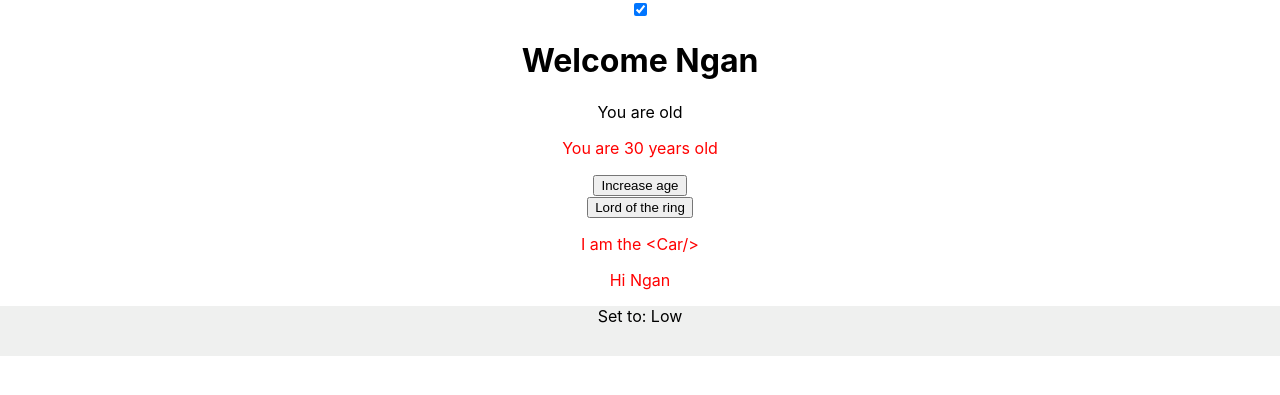
Repository: nguyenthibichngan/learn-react-redux
Page: /
An editor plug-in stored every save of this project. The page is shown before and after the next save, followed by the edit.
The browser window is 1280 px wide. The pictures show the whole page.
The project was rebuilt for these pictures with package versions that can differ from the ones it lists, and the page was loaded fresh each time. Also part of the build but not shown: src/component/DisplayDifficulty/DisplayDifficulty.js.

Above is the page before, as saved 2023-09-11 15:56:36.

After the next save:
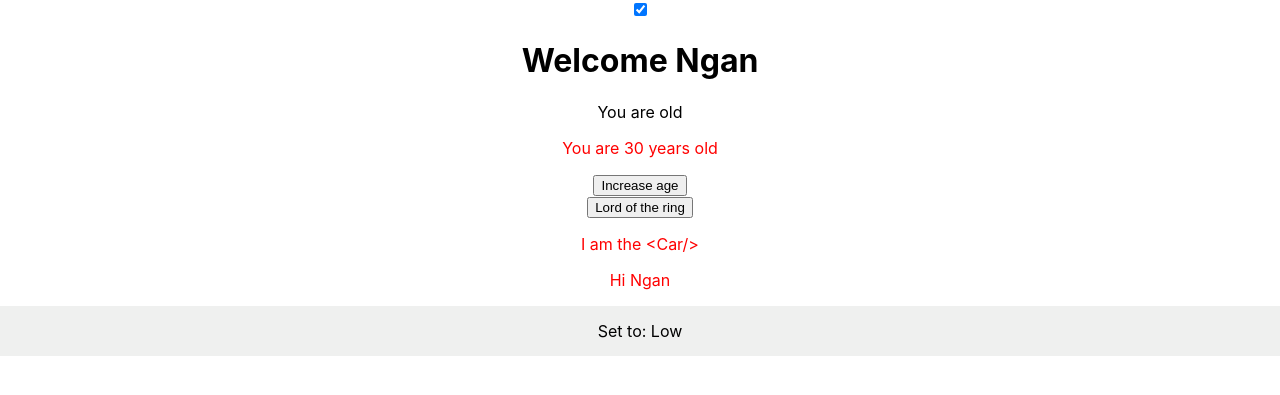
Saved 38 s later.
--- a/src/component/MenuListItem/style.module.css
+++ b/src/component/MenuListItem/style.module.css
@@ -1,4 +1,7 @@
 .container {
   height: 50px;
-  width: ;
+  width: 100%;
+  display: flex;
+  justify-content: center;
+  align-items: center;
 }
